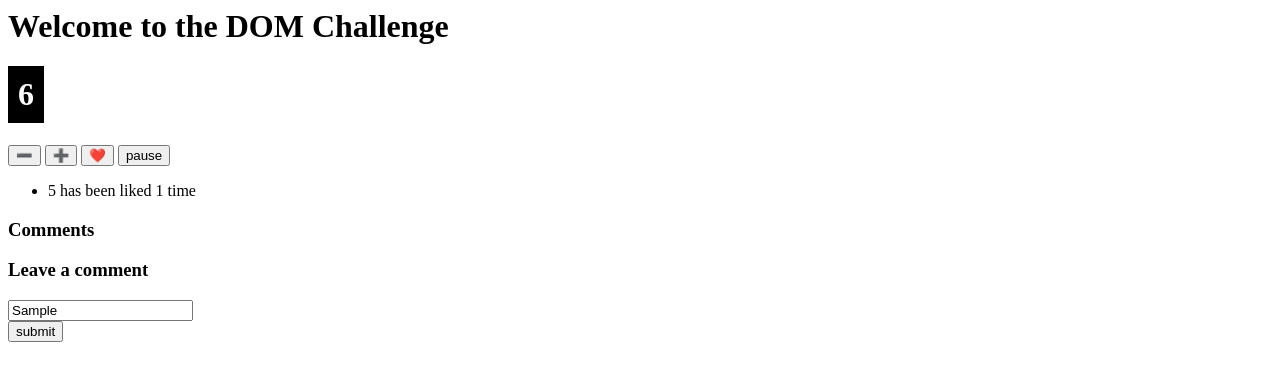
Repository: annferracane/phase-1-practice-interacting-with-the-dom
Page: index.html
These files come from the project's save history. The page is drawn as it stood at one moment and after a run of saves; the edit follows.
The browser window is 1280 px wide. The pictures show the whole page.
Empty fields were first filled with sample values (such as "Sample", 5 or name@example.com).
After loading, the first visible `#heart` was clicked once.

Above is the page before, as saved 2022-12-01 17:58:52.

### index.html
<html>
<head>
  <meta charset="UTF-8">
  <title>Dom Challenge</title>
  <style>
    #counter {
      background-color: black;
      color: white;
      display: table;
      padding: 10px;
    }
  </style>
</head>
<body>
  <h1>
    Welcome to the DOM Challenge
  </h1>
  <h1 id='counter'>
    0
  </h1>
  <button id='minus' > ➖ </button>
  <button id='plus' > ➕ </button>
  <button id='heart' > ❤️ </button>
  <button id='pause' > pause </button>

  <ul class='likes'></ul>

  <div>
    <h3>Comments</h3>
    <div id='list' class='comments'></div>

    <h3>Leave a comment</h3>

    <form id="comment-form" action="">
      <input type='text' name="comment" id="comment-input" cols="30" rows="10">
      </br>
      <button id='submit'>submit</button>
    </form>

  </div>

  <!--<script src="js/index.min.js"></script>-->
  <script defer src="js/challenge.js"></script>
</body>
</html>

### js/challenge.js
// Spec
/*
See the timer increment every second once the page has loaded.
--DONE
Manually increment and decrement the counter using the plus and minus buttons.
--DONE

"Like" an individual number of the counter. I should see the count of the number of "likes" associated with that number displayed.
Pause the counter, which should:
pause the counter
disable all buttons except the pause button
switch the label on the button from "pause" to "resume"
Click the "restart" button to restart the counter and re-enable the buttons.
Leave comments on my gameplay, such as: "Wow, what a fun game this is."
*/

// DOM Elements & Global Variables
const counter = document.querySelector('#counter');
const minusBtn = document.querySelector('#minus');
const plusBtn = document.querySelector('#plus');
const heartBtn = document.querySelector('#heart');
const pauseBtn = document.querySelector('#pause');

const likesList = document.querySelector('.likes');

let countVal = 0;
const counterLikes = [];
const counterIsActive = true;



// Functions & Listeners
minusBtn.addEventListener('click', decrementCounter);
plusBtn.addEventListener('click', incrementCounter);
heartBtn.addEventListener('click', likeCounter);

function launchCounter () {
    // setInterval(() => incrementCounter(), 1000, counterIsActive);

    setInterval(function () {
        incrementCounter();
    },
    1000)

}

function likeCounter () {
    const currentCount = counter.textContent;
    console.log(currentCount);
    const likeListItem = document.querySelector(`#like-${currentCount}`);
    console.log(likeListItem);


    if(likeListItem) {
        console.log('liked more than once');
        const counterObj = counterLikes.find(item => item.name === currentCount);
        counterObj.likeTotal++;
        console.log(counterObj);

    }
    else {
        const newLikeList = document.createElement(`li`);
        newLikeList.id = `like-${currentCount}`;
        const counterObj = {
            name: currentCount.toString(),
            likeTotal: 1
        }
        counterLikes.push(counterObj);
        newLikeList.textContent = `${currentCount} has been liked 1 time`;
        likesList.appendChild(newLikeList);
    }
    // const likeItem = document.createElement('li');
    // console.log(counterLikes[counter.textContent]);
    // counterLikes[counter.textContent]++;
    // console.log(counterLikes[counter.textContent]);

    /*
    let counterLikesTotalMsg;
    counterNum.likesTotal
    const msg = `${counter.textContent} has been liked ${counterNum.likes}`;
    likeCounter.textContent =
    */
}

function incrementCounter () {
    countVal++;
    counter.textContent = countVal;
}

function decrementCounter () {
    countVal--;
    counter.textContent = countVal;

}

function pauseCounter () {

}

launchCounter();

After the next 3 saves:
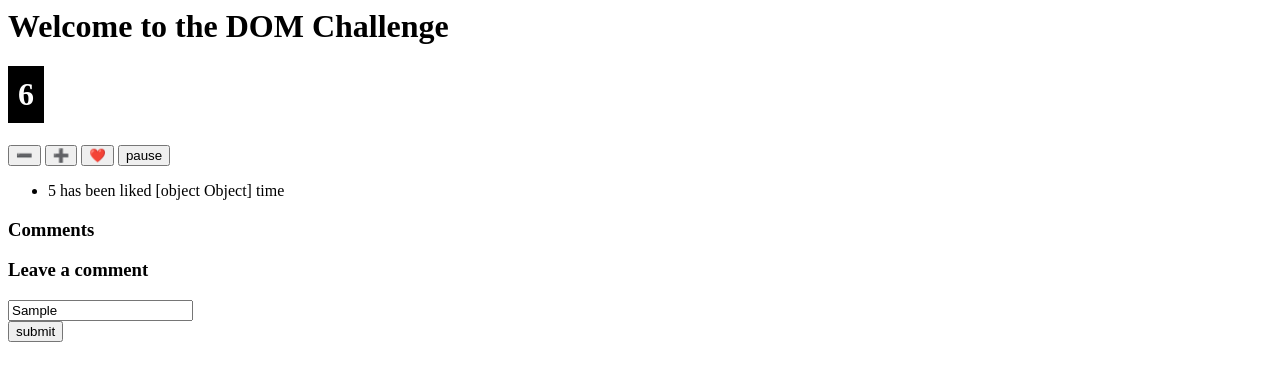
The 3 saves are shown as one change because they came seconds apart.
The last was saved 66 s later.
--- a/js/challenge.js
+++ b/js/challenge.js
@@ -66,7 +66,7 @@
             likeTotal: 1
         }
         counterLikes.push(counterObj);
-        newLikeList.textContent = `${currentCount} has been liked 1 time`;
+        newLikeList.textContent = `${currentCount} has been liked ${counterObj} time`;
         likesList.appendChild(newLikeList);
     }
     // const likeItem = document.createElement('li');

After the 2 saves that followed:
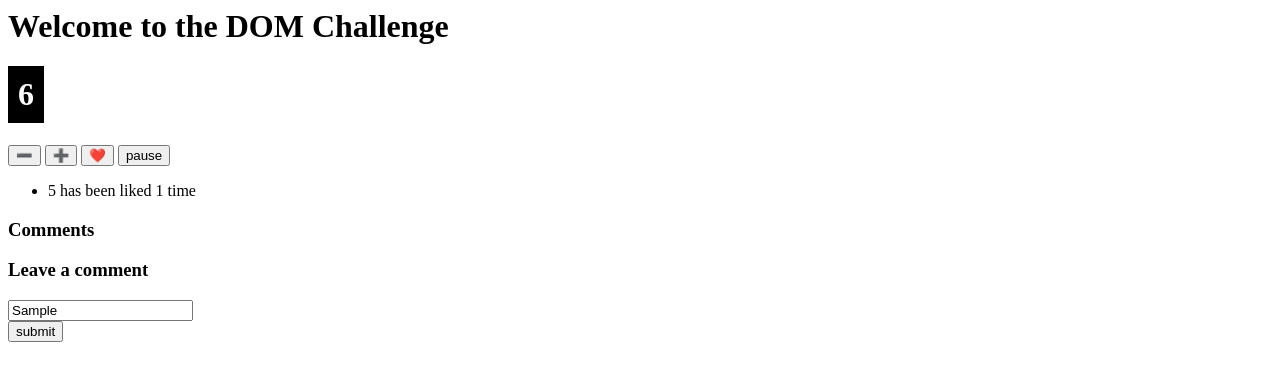
The 2 saves are shown as one change because they came seconds apart.
The last was saved 7 s later.
--- a/js/challenge.js
+++ b/js/challenge.js
@@ -66,7 +66,7 @@
             likeTotal: 1
         }
         counterLikes.push(counterObj);
-        newLikeList.textContent = `${currentCount} has been liked ${counterObj} time`;
+        newLikeList.textContent = `${currentCount} has been liked ${counterObj.likeTotal} time`;
         likesList.appendChild(newLikeList);
     }
     // const likeItem = document.createElement('li');
